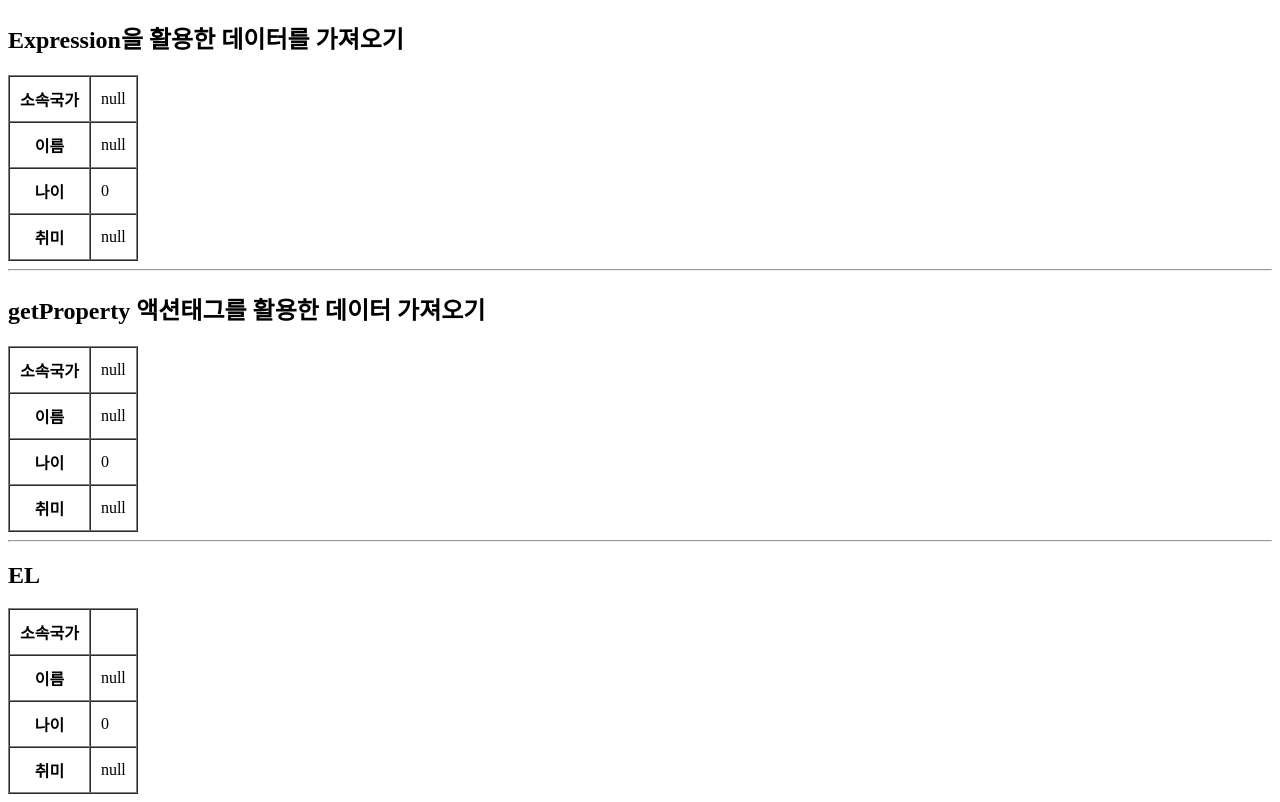
Repository: Rua1006/JSP
Page: http://localhost/practice02/08GetProperty.jsp
An editor plug-in stored every save of this project. The page is shown before and after the next save, followed by the edit.
The browser window is 1280 px wide. The pictures show the whole page.
The page is served by Tomcat 9. Other server files are loaded and not shown.

Above is the page before, as saved 2022-11-10 07:52:34.

### practice02/WebContent/08GetProperty.jsp
<%@ page language="java" contentType="text/html; charset=UTF-8"
    pageEncoding="UTF-8"%>
<jsp:useBean id="b" class="com.example.Human"/>
<jsp:setProperty property="*" name="b"/>
<!DOCTYPE html>
<html>
<head>
<meta charset="UTF-8">
<title>08GetProperty - setProperty, getProperty 액션태그</title>
</head>
<body>
<h2>Expression을 활용한 데이터를 가져오기</h2>
<table class="table" border="1" cellpadding="10" cellspacing="0">
	<tr>
		<th>소속국가</th>
		<td><%=b.getCountry() %></td>
	</tr>
	<tr>
		<th>이름</th>
		<td><%=b.getName() %></td>
	</tr>
	<tr>
		<th>나이</th>
		<td><%=b.getAge() %></td>
	</tr>
	<tr>
		<th>취미</th>
		<td><%=b.getHobby() %></td>
	</tr>
</table>
<hr>
<h2>getProperty 액션태그를 활용한 데이터 가져오기</h2>
<table class="table" border="1" cellpadding="10" cellspacing="0">
	<tr>
		<th>소속국가</th>
		<td><jsp:getProperty name="b" property="country"/></td>
	</tr>
	<tr>
		<th>이름</th>
		<td><jsp:getProperty name="b" property="name"/></td>
	</tr>
	<tr>
		<th>나이</th>
		<td><jsp:getProperty name="b" property="age"/></td>
	</tr>
	<tr>
		<th>취미</th>
		<td><jsp:getProperty name="b" property="hobby"/></td>
	</tr>
</table>
<hr>
<h2>EL</h2>
<table class="table" border="1" cellpadding="10" cellspacing="0">
	<tr>
		<th>소속국가</th>
		<td>${b.country }</td>
	</tr>
	<tr>
		<th>이름</th>
		<td><jsp:getProperty name="b" property="name"/></td>
	</tr>
	<tr>
		<th>나이</th>
		<td><jsp:getProperty name="b" property="age"/></td>
	</tr>
	<tr>
		<th>취미</th>
		<td><jsp:getProperty name="b" property="hobby"/></td>
	</tr>
</table>
</body>
</html>

### practice02/src/com/example/Human.java
package com.example;

public class Human {
	private String country;
	private String name;
	private int age;
	private String hobby;
	public String getCountry() {
		return country;
	}
	public void setCountry(String country) {
		this.country = country;
	}
	public String getName() {
		return name;
	}
	public void setName(String name) {
		this.name = name;
	}
	public int getAge() {
		return age;
	}
	public void setAge(int age) {
		this.age = age;
	}
	public String getHobby() {
		return hobby;
	}
	public void setHobby(String hobby) {
		this.hobby = hobby;
	}

}

After the next save:
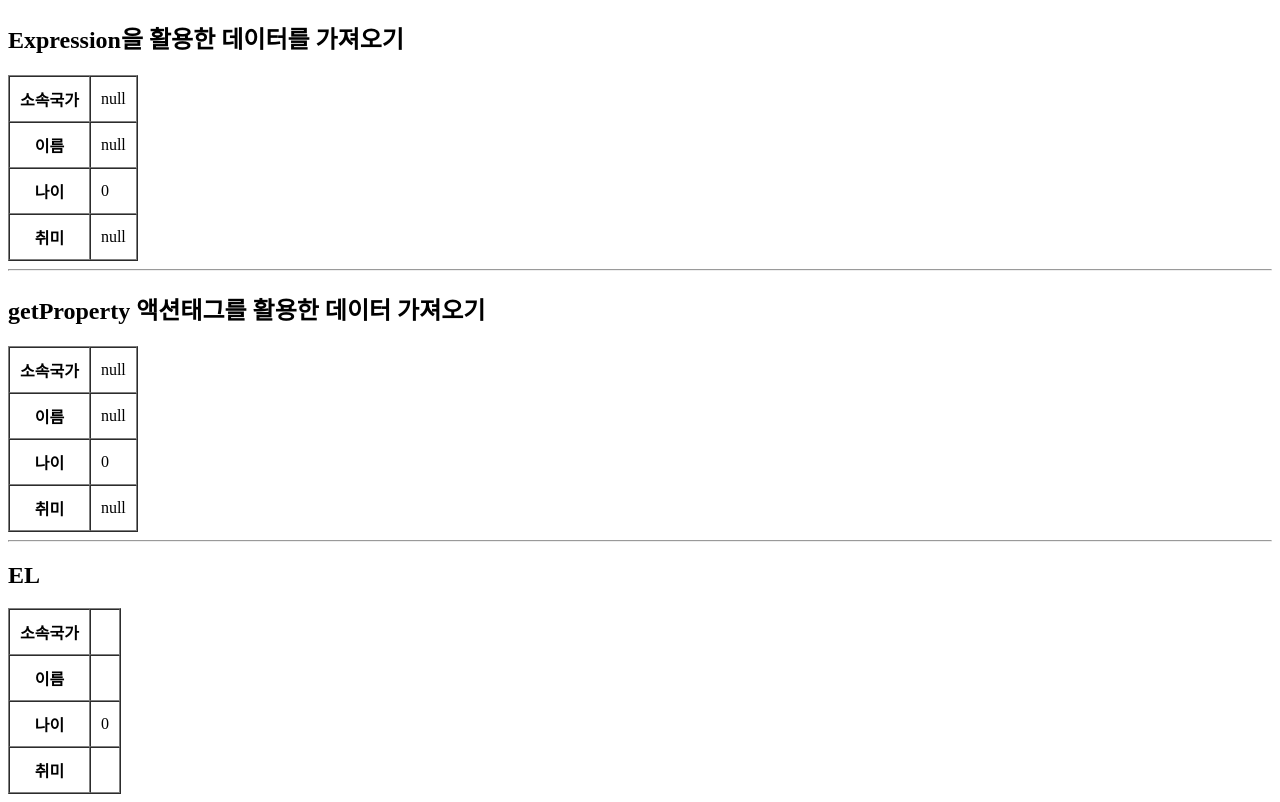
Saved 40 s later.
--- a/practice02/WebContent/08GetProperty.jsp
+++ b/practice02/WebContent/08GetProperty.jsp
@@ -57,15 +57,15 @@
 	</tr>
 	<tr>
 		<th>이름</th>
-		<td><jsp:getProperty name="b" property="name"/></td>
+		<td>${b.name }</td>
 	</tr>
 	<tr>
 		<th>나이</th>
-		<td><jsp:getProperty name="b" property="age"/></td>
+		<td>${b.age }</td>
 	</tr>
 	<tr>
 		<th>취미</th>
-		<td><jsp:getProperty name="b" property="hobby"/></td>
+		<td>${b.hobby }</td>
 	</tr>
 </table>
 </body>
